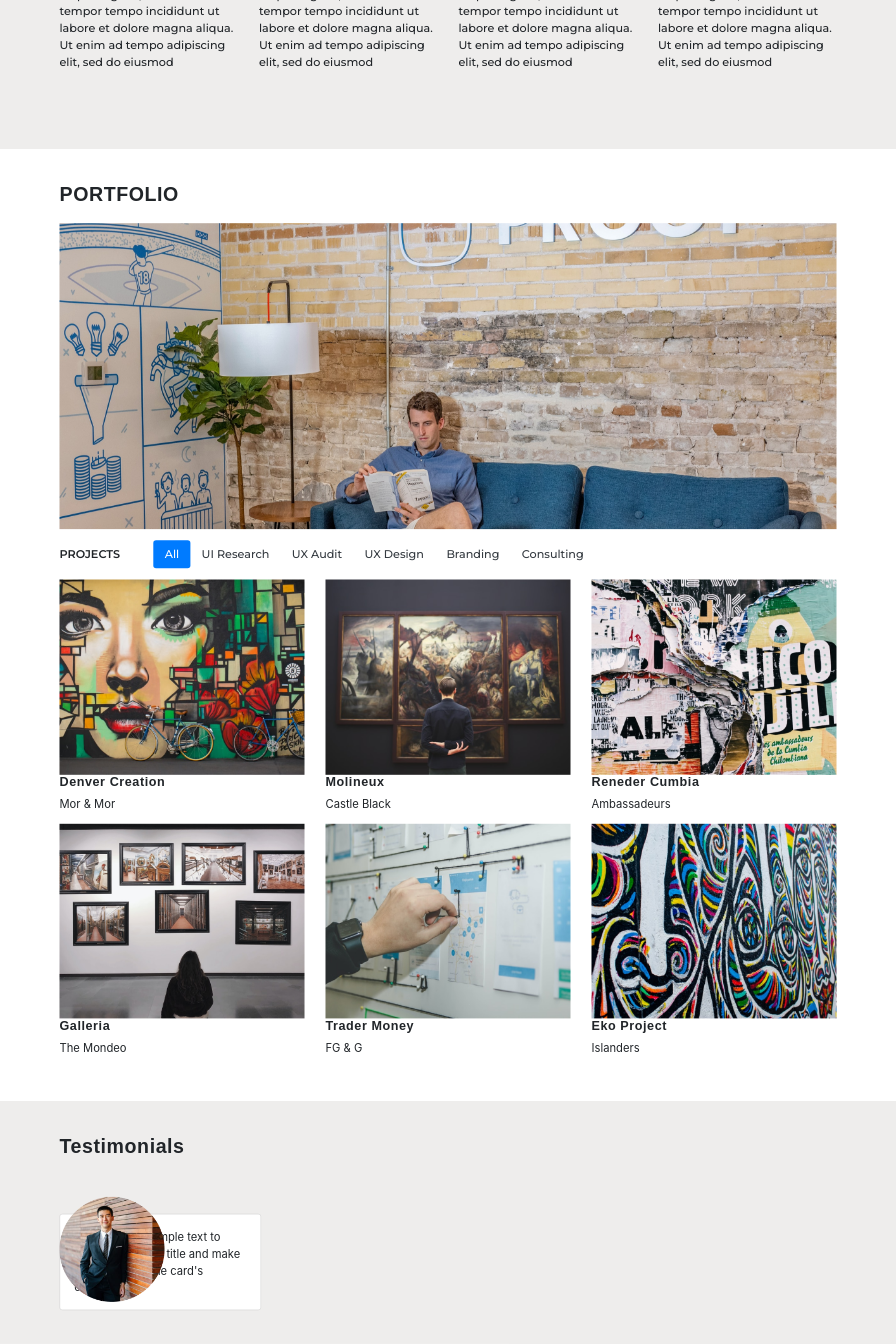
Repository: Syfon01/hng-port
Page: index.html
The author's editor kept a copy of each file at every save. The page is drawn from the files as they stood at one save, then again after a run of saves.
The browser window is 1280 px wide. The pictures show the part of the page from y = 1687 to 3607 px (the page is 3607 px tall), at 70% of full size.
Some web fonts or font styles are not loaded; a fallback is used.

Above is the page before, as saved 2020-06-28 19:28:00.

After the next 3 saves:
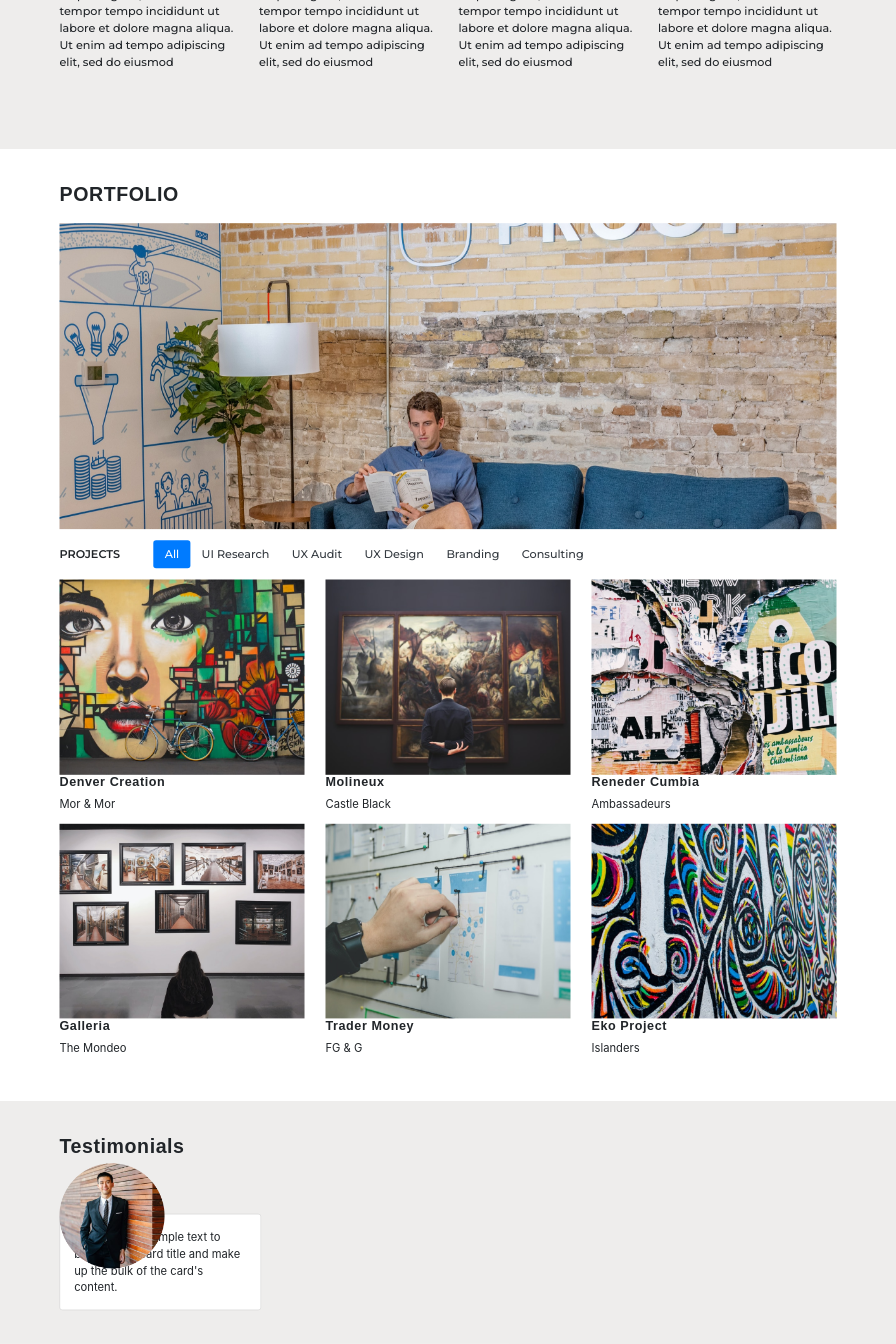
The 3 saves are shown as one change because they came seconds apart.
The last was saved 8 s later.
--- a/style.css
+++ b/style.css
@@ -90,4 +90,5 @@
 
 .card-section{
   position:relative
+  padding-top:
 }

After the save that followed:
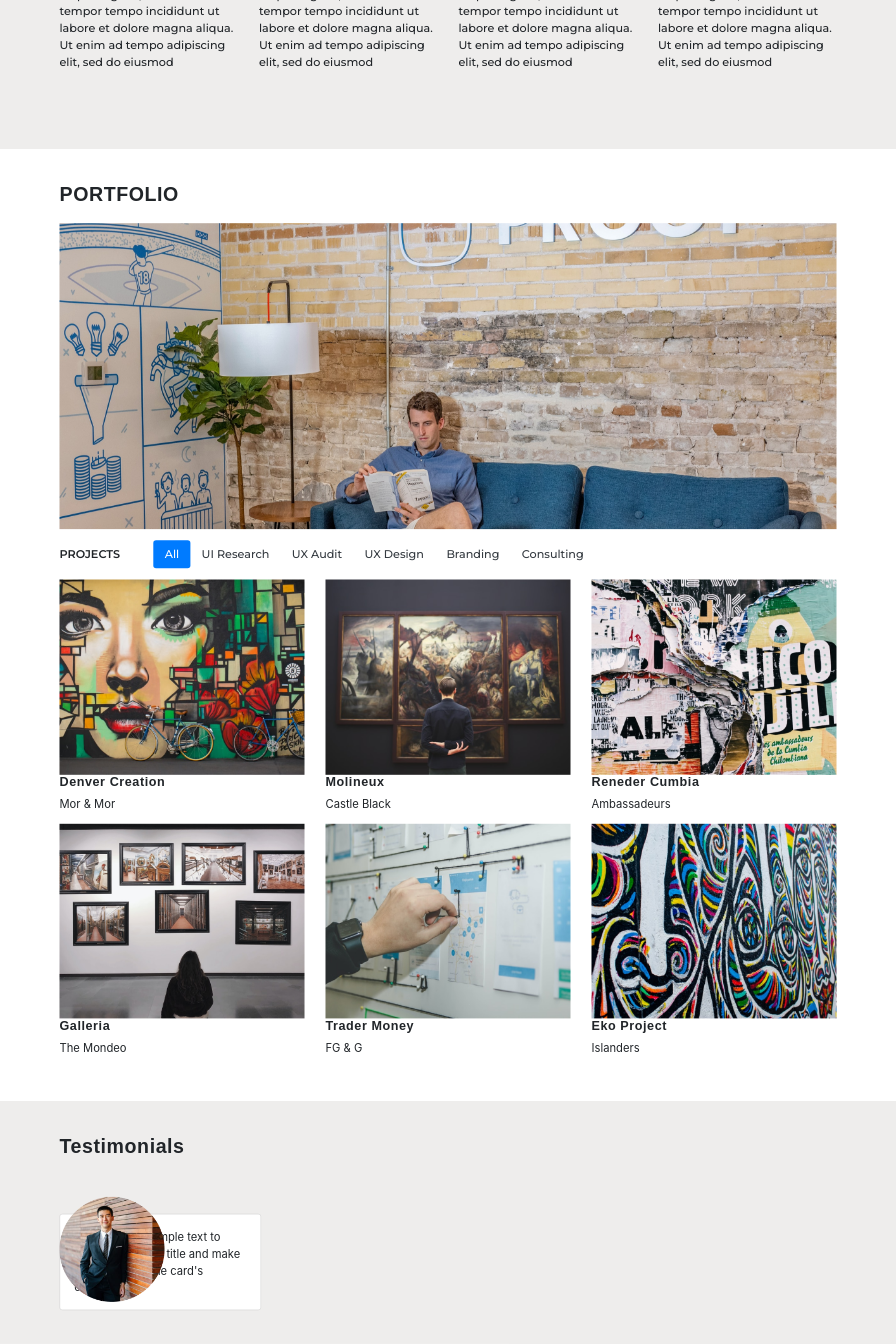
Saved 4 s later.
--- a/style.css
+++ b/style.css
@@ -90,5 +90,4 @@
 
 .card-section{
   position:relative
-  padding-top:
 }
